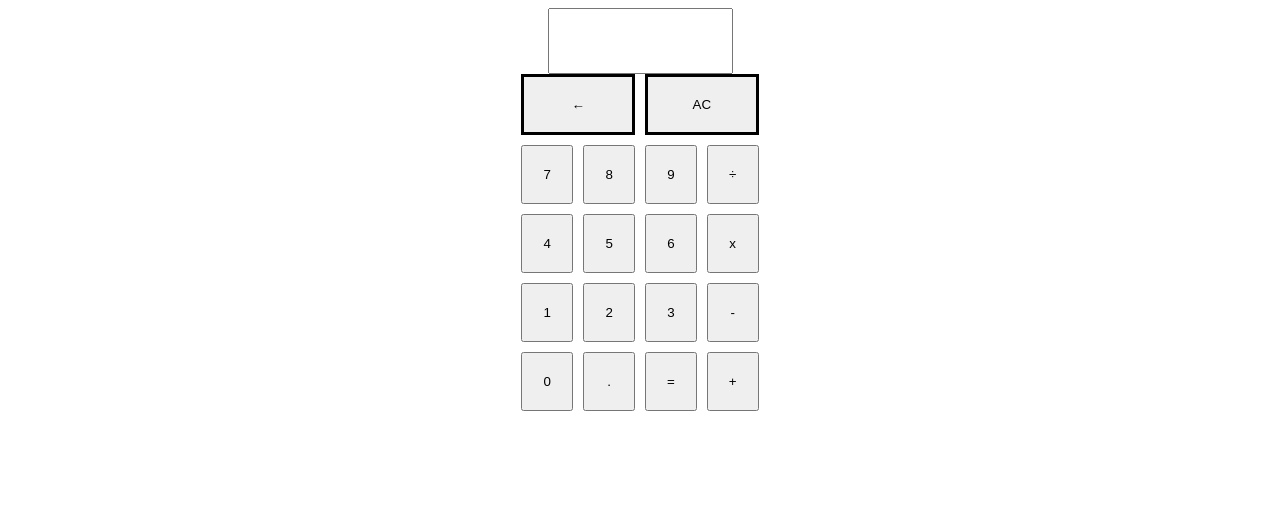
Repository: z1youRA/MyCalculator
Page: index.html
These files come from the project's save history. The page is drawn as it stood at one moment and after the next save; the edit follows.
The browser window is 1280 px wide. The pictures show the whole page.

Above is the page before, as saved 2021-12-19 17:41:24.

### index.html
<!DOCTYPE html>
<html lang="en">
<head>
    <meta charset="UTF-8">
    <meta http-equiv="X-UA-Compatible" content="IE=edge">
    <meta name="viewport" content="width=device-width, initial-scale=1.0">
    <title>Document</title>
    <link rel='stylesheet' href='./css/styles.css'>
</head>
<body>
    <div class='container'>
        <input type='text'>
        <div class='buttons'>
                <button class='back span-2'>←</button>
                <button class='clear span-2'>AC</button>
                <button class='num'>7</button>
                <button class='num'>8</button>
                <button class='num'>9</button>
                <button class='ope'>÷</button>
                <button class='num'>4</button>
                <button class='num'>5</button>
                <button class='num'>6</button>
                <button class='ope'>x</button>
                <button class='num'>1</button>
                <button class='num'>2</button>
                <button class='num'>3</button>
                <button class='ope'>-</button>
                <button class='num'>0</button>
                <button class='num point'>.</button>
                <button class='calcu'>=</button>
                <button class='ope'>+</button>
        </div>
    </div>

</body>
<script src='script.js'>
</script>
</html>

### css/styles.css
.container {
    display: flex;
    align-items: center;
    justify-content: center;
    flex-direction: column;
}

input {
    height:60px;

}

.span-2 {
    grid-column: span 2;
    border: solid;
}

.buttons {
    display: grid;
    grid-template-columns: repeat(4, 1fr);
    grid-gap: 10px;
}



button {
    padding: 20px;
}

### script.js
function add(num1, num2) {
    return +num1 + +num2;
}

function subtract(num1, num2) {
    return +num1 - +num2;
}

function multiply(num1, num2) {
    return +num1 * +num2;
}

function divide(num1, num2) {
    return +num1 / +num2;
}

function operate() {
    if(operator === '+') {
        result = add(num1, num2);
    }
    if(operator === '-') {
        result = subtract(num1, num2);
    }
    if(operator === '*'|| operator === 'x') {
        result = multiply(num1, num2);
    }
    if(operator === '/'|| operator === '÷') {
        if(num2 == 0) {
            clear()
            input.value = 'ERROR';
            return;
        }
        result = divide(num1, num2);
    }
    input.value = Math.round(result * 100000) / 100000;

}

function clear() {
    input.value = '';
    num1 = '';
    num2 = '';
    operator = '';
    result = '';
    flag = 0;
    pointFlag = 0;
}

function inputNum() {
    if(flag === 1 && num2 === '') { //clear the screen when input the second operand.
        input.value = '';
    }
    const number = this.textContent;
    if(number === '.') {
        if(pointFlag === 1) {
            return;
        }
        pointFlag = 1;
    }
    input.value += number;
    if(flag === 0) {
        num1 += number;
    }
    else
        num2 += number;
}

function inputOperator() {
    if(num1 !== '' && num2 !== '' && operator !== '') { //if user didn't press the = button each time.
        operate();
    }
    if(result != '') { //for a second successive operation
        num1 = result;
        num2 = '';
    }
    operator = this.textContent;
    flag = 1;
    pointFlag = 0;
}

function back() {
    if(flag === 0 && num1.length > 0) {
        num1 = num1.slice(0, num1.length - 1);
        input.value = num1;
    }
    else if(flag === 1 && num2.length > 0){
        num2 = num2.slice(0, num2.length - 1);
        input.value = num2;
    }
}

let flag = 0; //if num1 exists flag == 1
let num1 = '';
let num2 = '';
let operator = '';
let result = '';
let pointFlag = 0;

const input = document.querySelector('input');
const nums = document.querySelectorAll('button.num'); //select all buttons representing numbers
const operators = document.querySelectorAll('button.ope');
const calcu = document.querySelector('.calcu');
const clr = document.querySelector('.clear');
const backspace = document.querySelector('.back');

backspace.addEventListener('click', back);
clr.addEventListener('click', clear);
calcu.addEventListener('click', operate);
nums.forEach(num => {
    num.addEventListener('click', inputNum)
})

operators.forEach(ope => {
    ope.addEventListener('click', inputOperator);
})

After the next save:
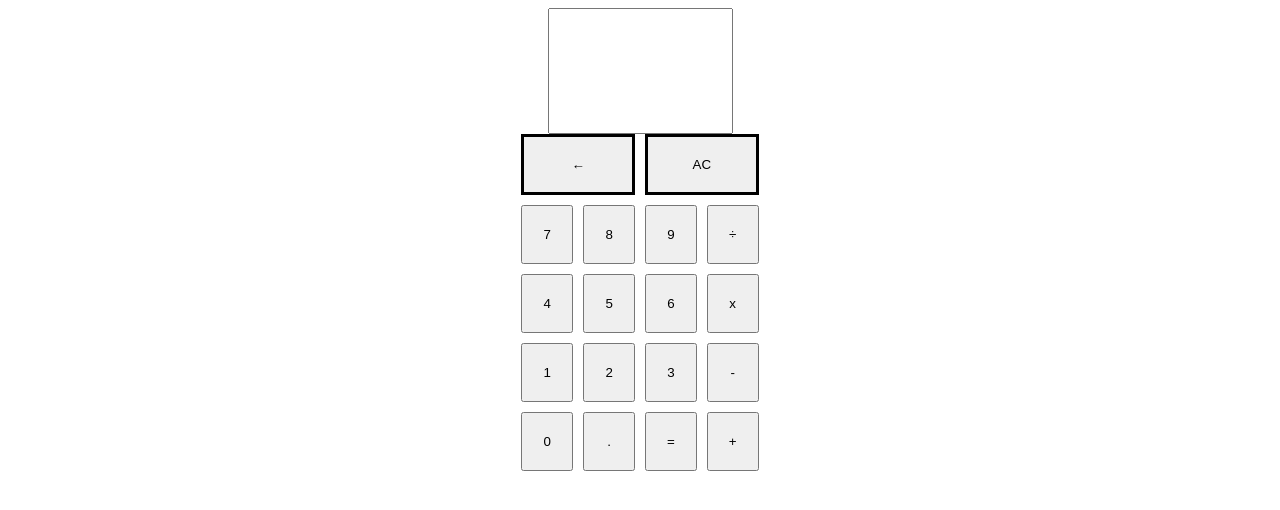
Saved 4 s later.
--- a/css/styles.css
+++ b/css/styles.css
@@ -6,7 +6,7 @@
 }
 
 input {
-    height:60px;
+    height:120px;
 
 }
 
